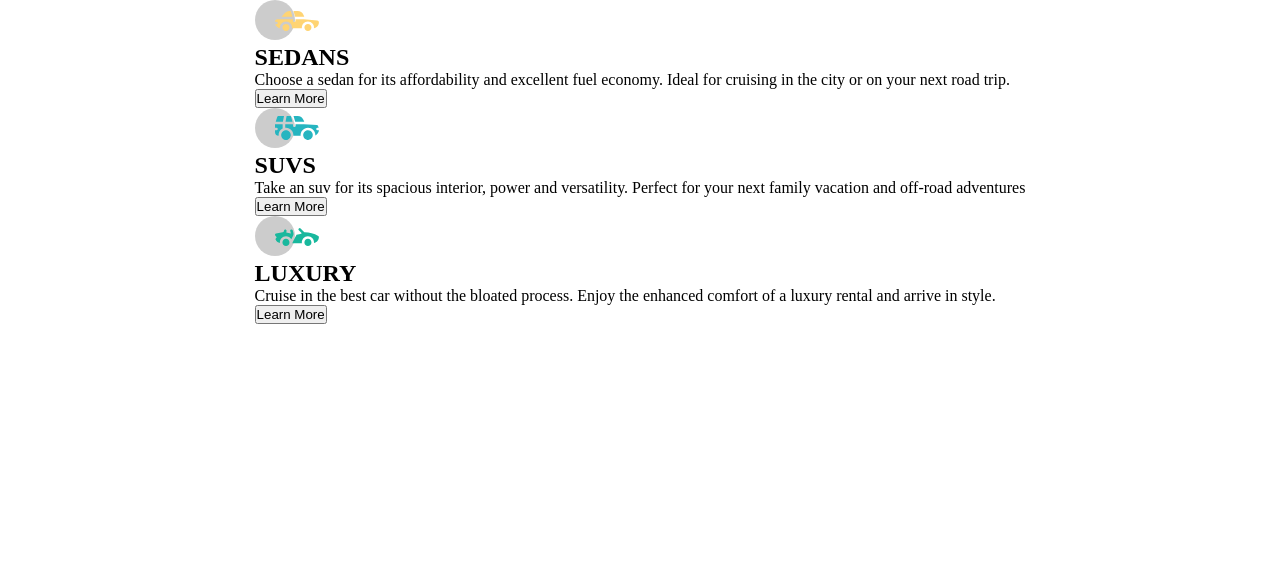
Repository: UnegbuAbigail/3-columns-cards
Page: index.html
An editor plug-in stored every save of this project. The page is shown before and after the next save, followed by the edit.
The browser window is 1280 px wide. The pictures show the whole page.

Above is the page before, as saved 2024-08-03 12:45:06.

### index.html
<!DOCTYPE html>
<html lang="en">
<head>
    <meta charset="UTF-8">
    <meta name="viewport" content="width=device-width, initial-scale=1.0">
    <title>Document</title>
    <link rel="stylesheet" href="style.css">
</head>
<body>
    <main>
        <section>
            <!-- card-1 -->
             <div>
                <img src="assets/icon-sedans.svg" alt="sedan-car-image">
                <h2>SEDANS</h2>
                <p>Choose a sedan for its affordability and excellent fuel economy. Ideal for cruising in the city or on your next road trip.</p>
                <button>Learn More</button>
             </div>

             <!-- card-2 -->

             <div>
                <img src="assets/icon-suvs.svg" alt="">
                <h2>SUVS</h2>
          <p>
            Take an suv for its spacious interior, power and versatility.
            Perfect for your next family vacation and off-road adventures
          </p>
          <button>Learn More</button>
             </div>

             <!-- card-3 -->
             <div>
                <img src="assets/icon-luxury.svg" alt="luxury-car-image">
                <h2>LUXURY</h2>
                <p>
                    Cruise in the best car without the bloated process. Enjoy the enhanced comfort of a luxury rental and arrive in style.
                </p>
                <button>Learn More</button>
               </div>
        </section>
    </main>
</body>
</html>

### style.css

@import url('https://fonts.googleapis.com/css2?family=Lexend+Deca:wght@100..900&family=Montserrat:ital,wght@0,100..900;1,100..900&display=swap');
@import url('https://fonts.googleapis.com/css2?family=Big+Shoulders+Display:wght@100..900&family=Lexend+Deca:wght@100..900&family=Montserrat:ital,wght@0,100..900;1,100..900&display=swap');

*{
    padding: 0;
    margin: 0;
    box-sizing: border-box;
}

:root{
    --bright-orange:hsl(31, 77%, 52%)
    --dark-cyan: hsl(184, 100%, 22%)
    --very-dark-cyan:hsl(179, 100%, 13%)
    --transparent-white:hsla(0, 0%, 100%, 0.75)
    --very-light-gray:hsl(0, 0%, 95%)
    --ff-big-shoulders-display:"Big Shoulders Display", sans-serif;
    --ff-lexand-deca:"Lexand Deca", sans-serif;
}

html,body{
    display: flex;
    justify-content: center;
    align-items: center;
    /* border: 2px, solid red; */
    min-height: 100;
}

After the next save:
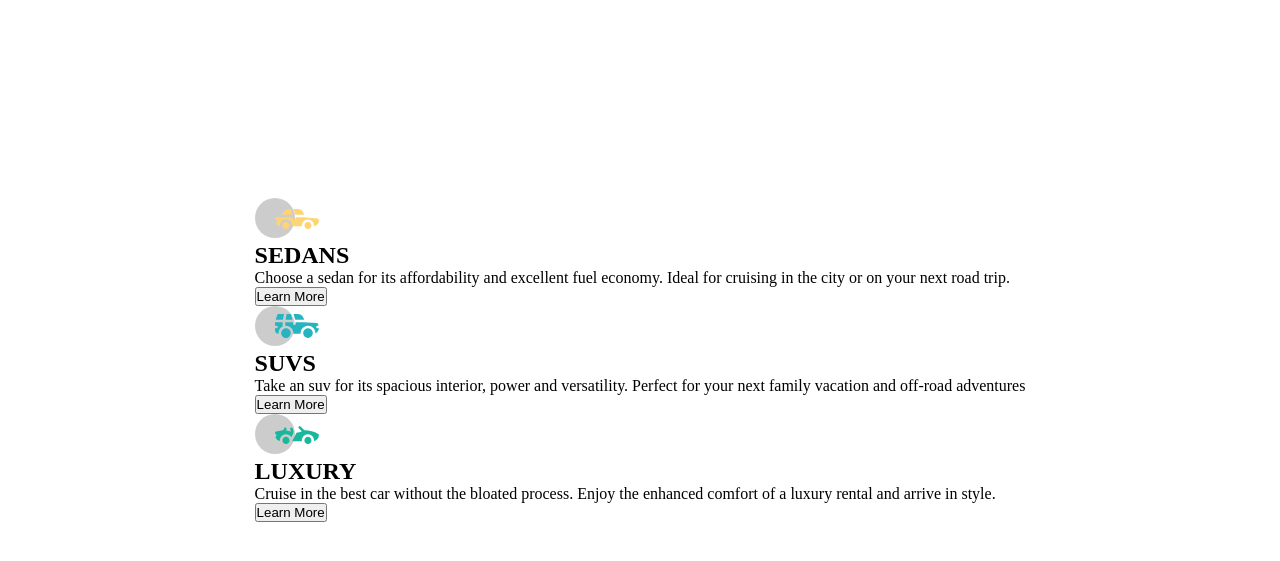
Saved 5 s later.
--- a/style.css
+++ b/style.css
@@ -23,5 +23,5 @@ html,body{
     justify-content: center;
     align-items: center;
     /* border: 2px, solid red; */
-    min-height: 100;
+    min-height: 100%;
 }
